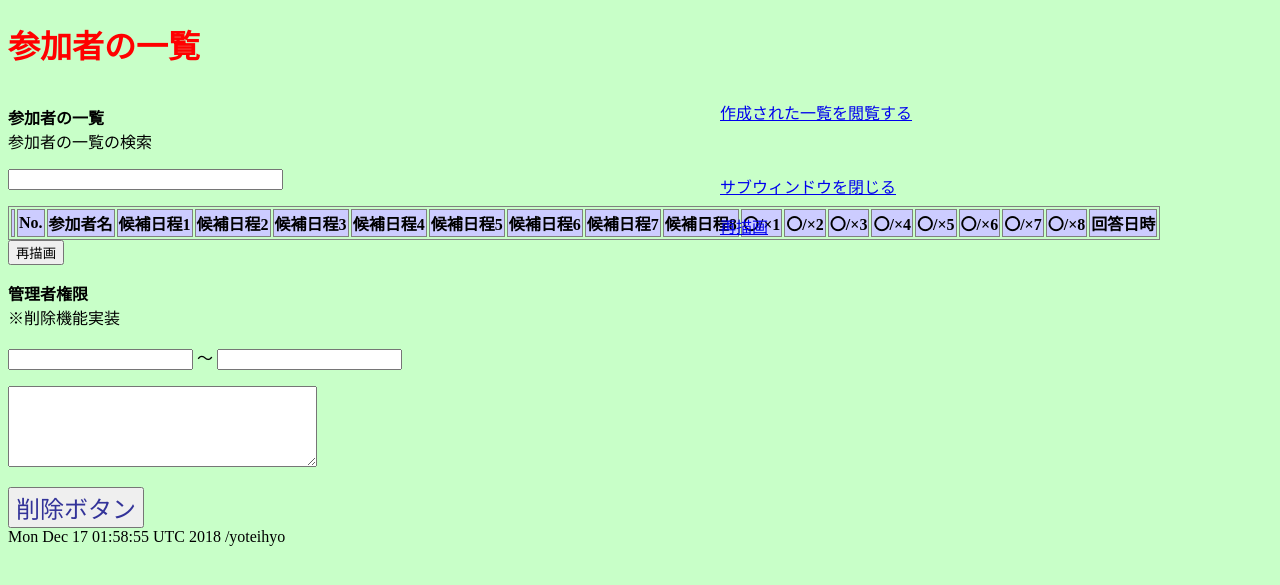
Repository: LungTel/servlet
Page: http://localhost/yoteihyo/attendeeItiran.jsp
The author's editor kept a copy of each file at every save. The page is drawn from the files as they stood at one save, then again after the next save.
The browser window is 1280 px wide. The pictures show the whole page.
The page is served by Tomcat 9. Other server files are loaded and not shown.

Above is the page before, as saved 2018-12-19 11:07:53.

### yoteihyo/attendeeItiran.jsp
<!doctype html>
<%@ page language="java" contentType="text/html; charset=Windows-31J"%>
<%@page import="java.util.Date"%>
<%@page import="java.util.ArrayList"%>
<%@page import="java.util.List"%>
<%@page import="javax.servlet.RequestDispatcher"%>
<%@page import="javax.servlet.ServletException"%>
<%@page import="javax.servlet.http.HttpServlet"%>
<%@page import="javax.servlet.http.HttpServletRequest"%>
<%@page import="javax.servlet.http.HttpServletResponse"%>
<%@page import="yoteihyo.PresentVo"%>

<HTML>
<HEAD>
<TITLE>嶲壛幰妋擣夋柺</TITLE>

<style type="text/css">

	.BackLink {
	margin-top: 50px;
	}

</style>

</HEAD>
<link rel="stylesheet" type="text/css" href="/yoteihyo/yoteihyo.css">
<script type="text/javascript" src="/yoteihyo/js/itiran.js" ></script>
<script type="text/javascript" src="/yoteihyo/js/jquery-1.8.3.min.js"></script>

<BODY>

<h1>嶲壛幰偺堦棗</h1>
<%
	request.setCharacterEncoding("Windows-31J");
%>

<div id="a-box">

<p><b>嶲壛幰偺堦棗</b> <BR>
嶲壛幰偺堦棗偺専嶕</p>

<p><input type="text" name="name1" class="size-input-name" maxlength="22"></p>

<jsp:useBean id="lstPresentVo" class="yoteihyo.PresentDataMake"/>
<%
	String IDNO = request.getParameter("idNo");
	List<PresentVo> vo = new ArrayList<PresentVo>();
	if(!(IDNO == null)){
		vo = lstPresentVo.SelectData(Integer.parseInt(IDNO));
	}
%>

<table class="table1">
	<tr>
		<th></th>
		<th>No.</th>
		<th>嶲壛幰柤</th>
		<th>岓曗擔掱1</th>
		<th>岓曗擔掱2</th>
		<th>岓曗擔掱3</th>
		<th>岓曗擔掱4</th>
		<th>岓曗擔掱5</th>
		<th>岓曗擔掱6</th>
		<th>岓曗擔掱7</th>
		<th>岓曗擔掱8</th>
		<th>乑/亊1</th>
		<th>乑/亊2</th>
		<th>乑/亊3</th>
		<th>乑/亊4</th>
		<th>乑/亊5</th>
		<th>乑/亊6</th>
		<th>乑/亊7</th>
		<th>乑/亊8</th>
		<th>夞摎擔帪</th>
	</tr>

	<% for (int i=0; i < vo.size(); i++){ %>
		<tr>
			<td></td>
			<td><%= vo.get(i).getId() %></td>
			<td><%= vo.get(i).getName1() %></td>
			<td><%= vo.get(i).getPresentDay().get(0) %></td>
			<td><%= vo.get(i).getPresentDay().get(1) %></td>
			<td><%= vo.get(i).getPresentDay().get(2) %></td>
			<td><%= vo.get(i).getPresentDay().get(3) %></td>
			<td><%= vo.get(i).getPresentDay().get(4) %></td>
			<td><%= vo.get(i).getPresentDay().get(5) %></td>
			<td><%= vo.get(i).getPresentDay().get(6) %></td>
			<td><%= vo.get(i).getPresentDay().get(7) %></td>

			<td><%= vo.get(i).getPresentProAndCon().get(0) %></td>
			<td><%= vo.get(i).getPresentProAndCon().get(1) %></td>
			<td><%= vo.get(i).getPresentProAndCon().get(2) %></td>
			<td><%= vo.get(i).getPresentProAndCon().get(3) %></td>
			<td><%= vo.get(i).getPresentProAndCon().get(4) %></td>
			<td><%= vo.get(i).getPresentProAndCon().get(5) %></td>
			<td><%= vo.get(i).getPresentProAndCon().get(6) %></td>
			<td><%= vo.get(i).getPresentProAndCon().get(7) %></td>

			<td><%= vo.get(i).getDate() %></td>
		</tr>
	<% } %>
</table>

<form method="post" action="/yoteihyo/attendeeItiran.jsp">

<div id="IDNO"></div>

<input type="submit" value="嵞昤夋" />
</form>

<p> <b>娗棟幰尃尷</b> <BR>
仸嶍彍婡擻幚憰</p>

<p><input type="text" name="delete1" maxlength="4">
乣
<input type="text" name="delete2" maxlength="4"></p>

<p><textarea name="pass" rows="5" cols="36" wrap="hard"></textarea></p>
<button type="button" id="deleteButton" name="deleteButton" value="">
<font size="5" color="#333399">嶍彍儃僞儞</font>
</button>

<br>
<%= new Date() %>
<%= request.getContextPath() %>
</div>


<div id="c-box">
<a href="/yoteihyo/servlet/yoteihyo.ItiranServlet">
嶌惉偝傟偨堦棗傪墈棗偡傞</a>
<p class="BackLink"><a href="#" onClick="window.close(); return false;">僒僽僂傿儞僪僂傪暵偠傞</a></p>

<a href="/yoteihyo/attendeeItiran.jsp">
嵞昤夋</a>

</div>

</BODY>
</HTML>

### yoteihyo/yoteihyo.css
/* ================================================================
丂慡懱
=================================================================== */

body {
background-color: rgb(200,255,200);
}


/* ================================================================
丂僼僅乕儉惍宍
=================================================================== */
h1 { color: red; }

.size-input-name {
white-space: nowrap;
overflow: hidden;
text-overflow: ellipsis;
width: 20em;
}


/* ================================================================
丂嵍塃偵傢偗傞
=================================================================== */

#a-box {
           float:left;
           margin: 0px;
           padding: 0px;
}


#b-box {
           float:center;
           margin: 0px;
           padding: 0px;
}

#c-box {
           float:right;
           margin: 0px;
           padding: 0px;
           position: absolute;
           top: 100px;
           left:720px;
}

/* ================================================================
丂堦棗夋柺
=================================================================== */
.table1 {
  border: 1px solid gray;
}
.table1 th, .table1 td {
  border: 1px solid gray;
}
.table1 th {
  background-color: #ccf;
}

### yoteihyo/js/itiran.js
/**
 * 僇儗儞僟乕傪昞帵偡傞
 * @url
 * http://cly7796.net/wp/javascript/create-a-calendar-with-javascript/
 * jQuery偺愝抲
 * http://web-pc.net/jquery001
 * 僋儕僢僋帪
 * http://lifelog.main.jp/wordpress/?p=2146
 */

window.onload = function() {
    // 尰嵼偺擭寧偺庢摼
    var current = new Date();
    var year = current.getFullYear();
    var month = current.getMonth() + 1;

    console.log(location.href);

    if(location.href == "http://localhost:8080/yoteihyo/present.jsp" ){
    	// 憐掕暥帤楍乽2018擭11寧11擔 20:00, 2019擭1寧14擔 20:00, 2019擭1寧14擔 20:00, 2019擭1寧29擔 20:00,乿

        // 弌寚壜斲偺昞帵
        var wrapper = document.getElementById('niti');
        add_present(wrapper);

/*
    	var splited = window.sessionStorage.getItem(['key1']).split(",");
    	while(i < splited.length) {
    	document.getElementById('niti').innerHTML = splited[i];
    	// 乽|0乿JS偵捈偱JIT僐儞僷僀儔宆傛傝INT擣幆偝偣傞偙偲偱崅懍壔
    	i=(i+1)|0;
    	}
*/
    	// 惉岟 document.getElementById('niti').innerHTML = window.sessionStorage.getItem(['key1']);
    		//杤 window.sessionStorage.getItem(['key1']);

    }

    if(location.href == "http://localhost:8080/yoteihyo/attendeeItiran.jsp" ){
    	// 僀儀儞僩柤偺IDNO 乽弌寚昞偺堦棗乿偺No傪庢摼偡傞
    	var wrapper = document.getElementById('IDNO');
    	add_attendeeItiran(wrapper);

    }

    /*
     * itiran.jsp梡 乽弌寚偺搊榐偼僐僐両乿儃僞儞
     */
     $('button[name="button"]').on('click', function() {

  	  	var $cur_tr = $(this).parent().parent()[0].children[4].innerText; // (2):峴偺HTML昞尰
  	    var cur_tr = $cur_tr.split("乣");
  	  	console.log($cur_tr);

  	  	var IDNO = $(this).parent().parent()[0].children[1].innerText;

  	  	// 嶲峫URL乽https://www.tagindex.com/javascript/window/open1.html乿
  	  	// https://qiita.com/shuntaro_tamura/items/99adbe51132e0fb3c9e9
    	disp("/yoteihyo/present.jsp", cur_tr, IDNO);

    });

     /*
      * itiran.jsp梡 乽弌寚偺堦棗偼僐僐両乿儃僞儞
      */
      $('button[name="button2"]').on('click', function() {


   	  	var $cur_tr = $(this).parent().parent()[0].children[4].innerText; // (2):峴偺HTML昞尰
   	    var cur_tr = $cur_tr.split("乣");
   	  	console.log($cur_tr);

   	  	var IDNO = $(this).parent().parent()[0].children[1].innerText;

     	disp("/yoteihyo/attendeeItiran.jsp", cur_tr, IDNO);

     });

    /*
     * present.jsp梡 乽妋掕儃僞儞乿
     */
    $('#PresentButton').on('click', function() {
		var $nameValue = $('input[name="yourName"]').val();
    	var $gyo = $('input[name="gyo"]').val();

     	if($nameValue == ""){
       		alert("僀儀儞僩柤傪擖椡偟偰偔偩偝偄");
       		return false;
     	}

    	for (var i = 0; i < $gyo; i++){
    		// var $presentPandC = $('input[name="presentPandC' + i + '"]').prop('checked');
    		var $presentPandC = $('input[name="presentPandC' + i + '"]:checked').val();

    		if($presentPandC == null){
    			alert("弌寚擔偺嶲壛/晄嶲壛傪擖椡偟偰偔偩偝偄");
    			return false;
    		}
    	 }
	});
}

/**
 * 巕夋柺傪昞帵偡傞
 * @param {object} url - URL
 * @param {object} cur_tr - 岓曗擔掱
 */
function disp(url, cur_tr, IDNO){

	// http://portaltan.hatenablog.com/entry/2015/08/05/100655
	// 僙僢僔儑儞偺奿擺
	window.sessionStorage.setItem(['key1'], [cur_tr]);
	window.sessionStorage.setItem(['key2'], IDNO);

	// 僙僢僔儑儞偺悢偺庢摼
	var size = window.sessionStorage.length
	console.log(size);

	// 僙僢僔儑儞偺抣偺庢摼
	var a = window.sessionStorage.getItem(['key1']);
	console.log(a);    // => value1

	window.open(url, "window_name", "width=500,height=400,scrollbars=yes");

	// 巜掕偟偨僙僢僔儑儞偺嶍彍
	window.sessionStorage.removeItem(['key1']);
	window.sessionStorage.removeItem(['key2']);

	// 慡偰偺僙僢僔儑儞偺嶍彍
	window.sessionStorage.clear();
}


/**
 * 弌寚壜斲傪昞帵偡傞
 * @param {object} wrapper - 弌寚壜斲傪捛壛偡傞恊梫慺
 */
function add_present(wrapper) {
    // 尰嵼丄弌寚壜斲偑捛壛偝傟偰偄傞応崌偼堦扷嶍彍偡傞
    wrapper.textContent = null;

    // 弌寚壜斲偵昞帵偡傞撪梕傪庢摼
    var bodyData = generate_present(wrapper);

    // 弌寚壜斲偺梫慺傪捛壛乮HTML弌椡乯
    wrapper.appendChild(bodyData);
}


/**
 * 巜掕偟偨弌寚壜斲偺梫慺傪惗惉偟偰曉偡
 * @param {number} year  - 擭偺巜掕
 * @param {number} month - 寧偺巜掕
 */
function generate_present(wrapper) {
	var NitiData= window.sessionStorage.getItem(['key1']).split(",");
	var IDNO= window.sessionStorage.getItem(['key2']);

    // 擔掱偺梫慺傪惗惉
    var nTable = document.createElement('table');
    nTable.className = 'niti-table';

    var insertData = '';
    // 擔掱晹暘偺惗惉
    insertData += '<tbody>';

    for (var i = 0; i < NitiData.length - 1; i++) {
    	insertData += '<tr>';

    	insertData += '<th>';
    	insertData += '<label for="NitiLabel' + i + '">';
        insertData += NitiData[i];
        insertData += '</label>';
        insertData += '<input type="hidden" name="Niti' + i + '"' + 'value="' + NitiData[i] + '">';
        insertData += '</th>';
    	insertData += '<th>';
        insertData += '<input type="radio" name="presentPandC' + i + '" value="yes">嶲壛';
        insertData += '<input type="radio" name="presentPandC' + i + '" value="no">晄嶲壛';
        insertData += '</th>';

        insertData += '</tr>';
    }

    insertData += '<input type="hidden" name="gyo" value=' + (NitiData.length -1) + '>';
    insertData += '<input type="hidden" name="IDNO" value=' + IDNO + '>';
    insertData += '</tbody>';

    nTable.innerHTML = insertData;
    return nTable;
}


/**
 * 嶲壛幰偺堦棗傪昞帵偡傞
 * @param {object} wrapper - 嶲壛幰偺堦棗傪捛壛偡傞恊梫慺
 */
function add_attendeeItiran(wrapper){
    // 尰嵼丄弌寚壜斲偑捛壛偝傟偰偄傞応崌偼堦扷嶍彍偡傞
    wrapper.textContent = null;

    // 弌寚壜斲偵昞帵偡傞撪梕傪庢摼
    var bodyData = generate_attendeeItiran(wrapper);

    // 弌寚壜斲偺梫慺傪捛壛乮HTML弌椡乯
    wrapper.appendChild(bodyData);
}


/**
 * 巜掕偟偨弌寚壜斲偺梫慺傪惗惉偟偰曉偡
 * @param {number} year  - 擭偺巜掕
 * @param {number} month - 寧偺巜掕
 */
function generate_attendeeItiran(wrapper) {
	var IDNO= window.sessionStorage.getItem(['key2']);

	var element = document.createElement('div');
	element.id = "idNoElement";

	var insertData = '';

    insertData += '<input type="hidden" name="idNo"' + 'value="' + IDNO + '">';

    element.innerHTML = insertData;
    return element;
}

Loaded but not shown: yoteihyo/js/jquery-1.8.3.min.js (library)

After the next save:
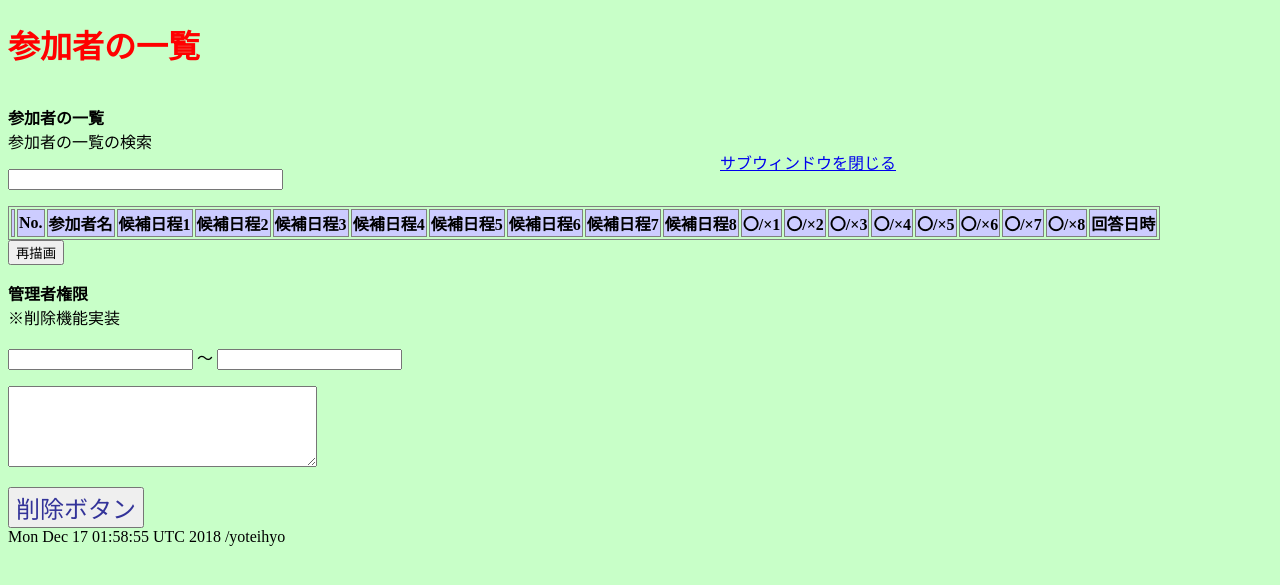
Saved 116 s later.
--- a/yoteihyo/attendeeItiran.jsp
+++ b/yoteihyo/attendeeItiran.jsp
@@ -128,13 +128,7 @@
 
 
 <div id="c-box">
-<a href="/yoteihyo/servlet/yoteihyo.ItiranServlet">
-嶌惉偝傟偨堦棗傪墈棗偡傞</a>
-<p class="BackLink"><a href="#" onClick="window.close(); return false;">僒僽僂傿儞僪僂傪暵偠傞</a></p>
-
-<a href="/yoteihyo/attendeeItiran.jsp">
-嵞昤夋</a>
-
+	<p class="BackLink"><a href="#" onClick="window.close(); return false;">僒僽僂傿儞僪僂傪暵偠傞</a></p>
 </div>
 
 </BODY>
